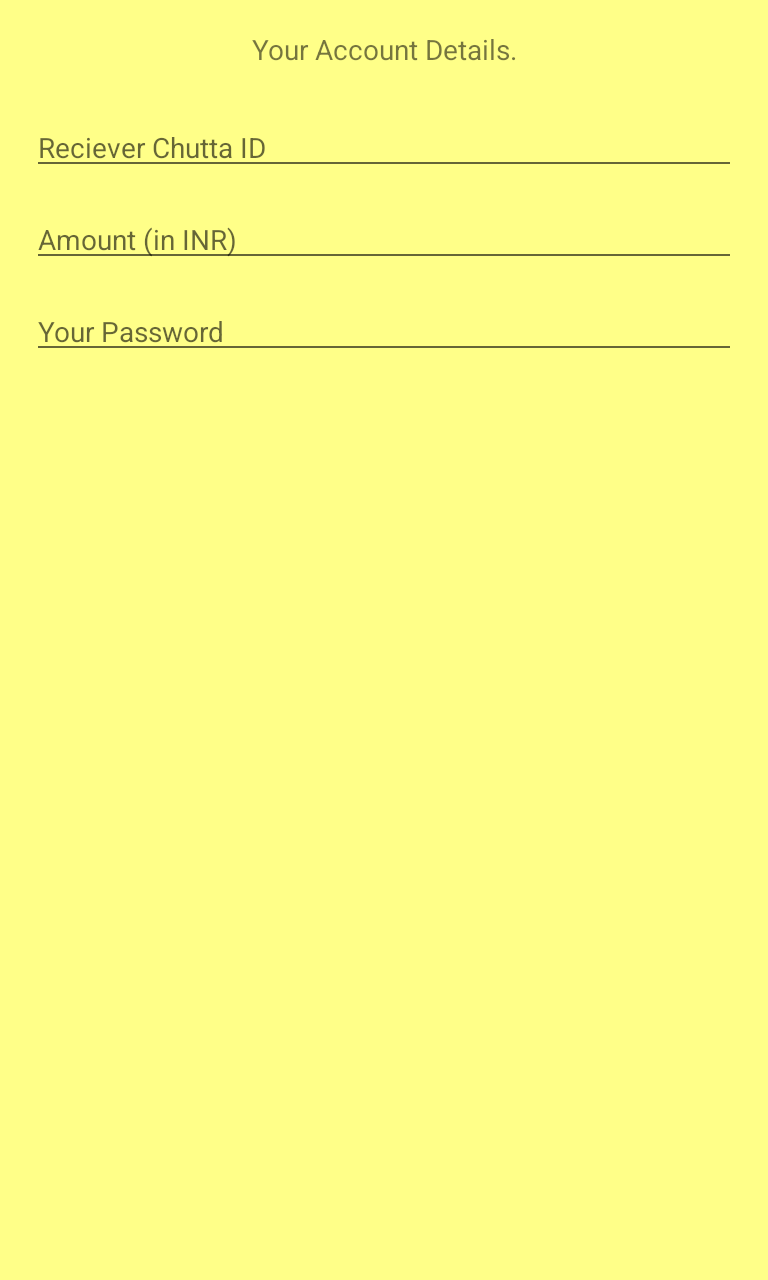
Repository: pankajksharma/chutta-pay
Layout: ChuttaPay/res/layout/activity_account.xml
These files come from the project's save history. The layout is drawn as it stood at one moment and after the next save; the edit follows.
It is drawn on a 768 x 1280 px phone screen (xhdpi) without system bars, with theme AppTheme; the app's code is not run.

Above is the layout before, as saved 2014-04-26 16:23:27.

After the next save:
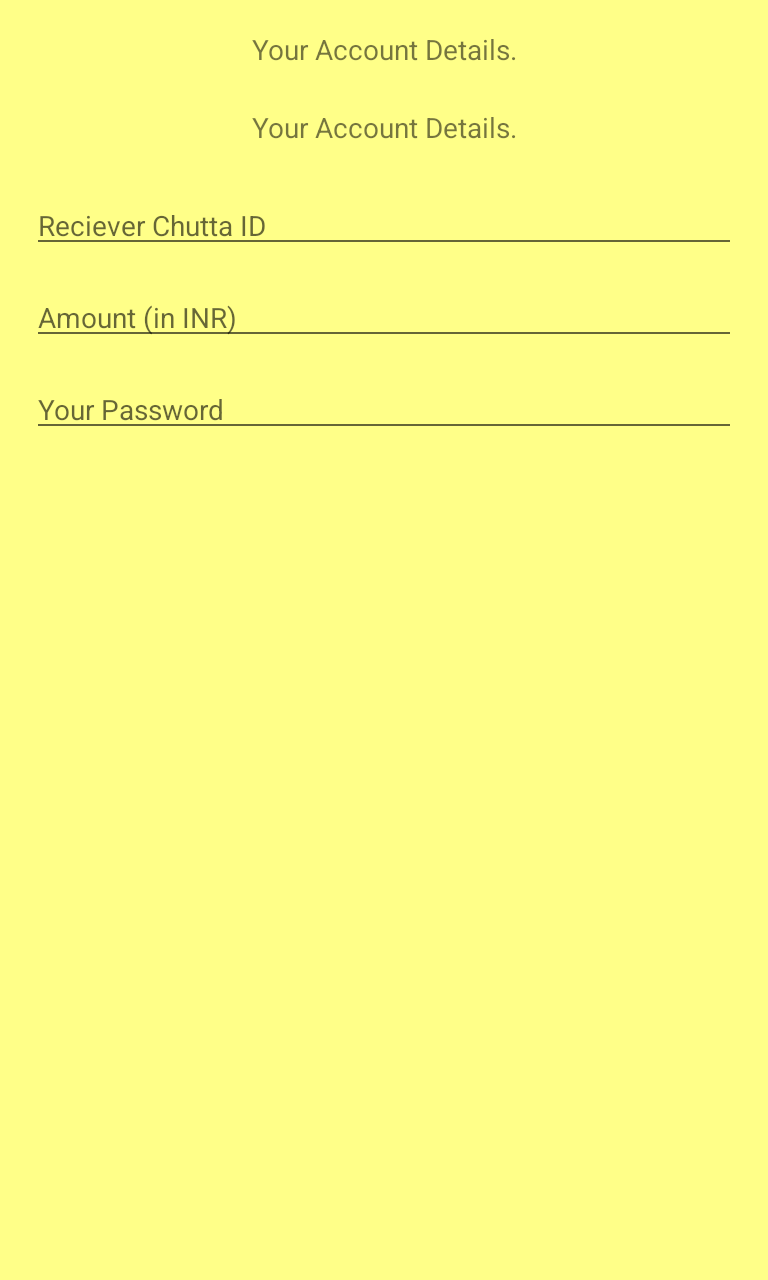
Saved 22 s later.
--- a/ChuttaPay/res/layout/activity_account.xml
+++ b/ChuttaPay/res/layout/activity_account.xml
@@ -21,6 +21,12 @@
             android:layout_marginBottom="20dp"
             android:text="Your Account Details." />
 
+        <TextView
+            android:layout_width="match_parent"
+            android:layout_height="wrap_content"
+            android:gravity="center_horizontal"
+            android:layout_marginBottom="20dp"
+            android:text="Your Account Details." />
 
         <EditText
             android:id="@+id/edt_user_id"
